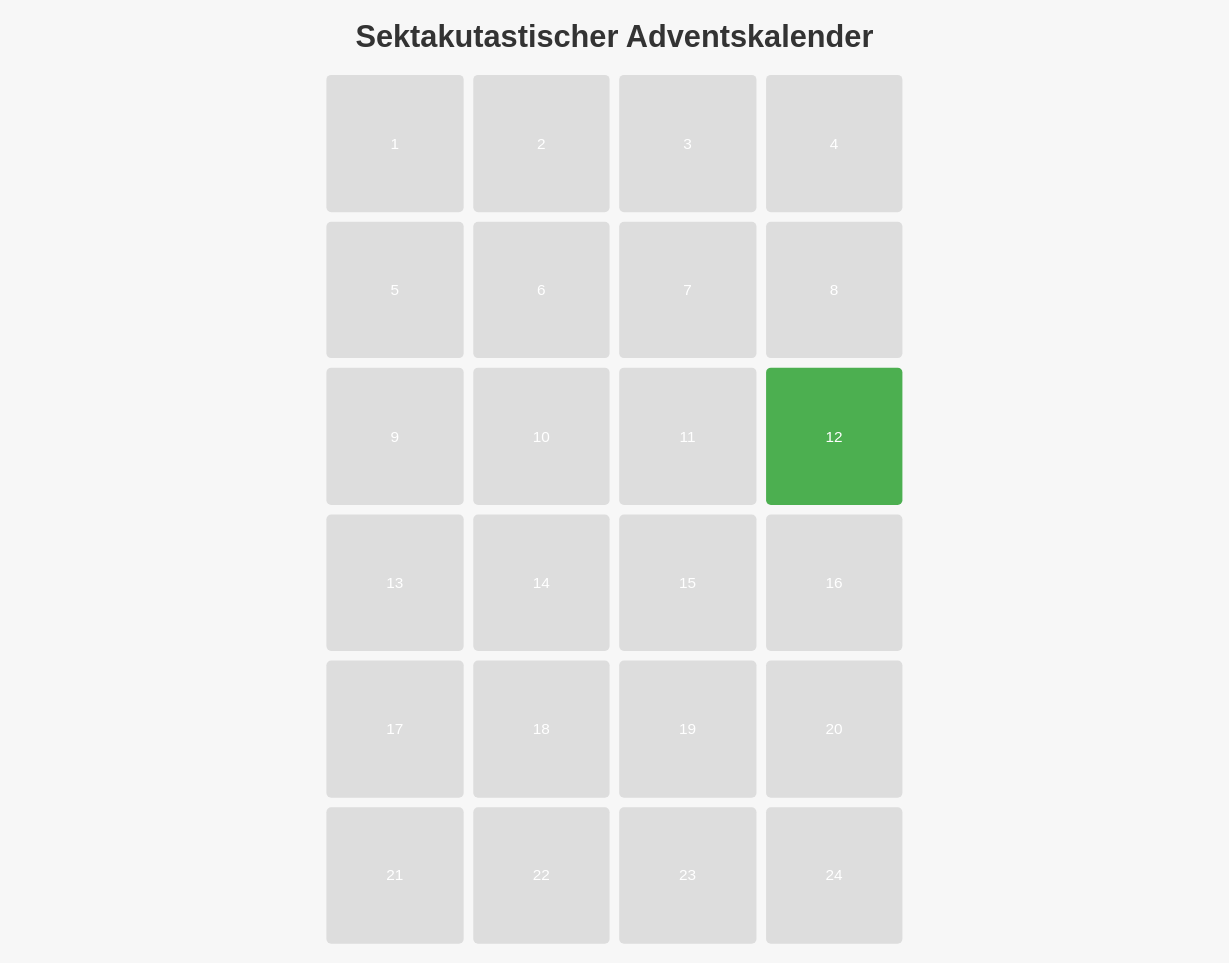
Repository: vickykey02/Adventskalender
Page: index.html
The author's editor kept a copy of each file at every save. The page is drawn from the files as they stood at one save, then again after the next save.
The browser window is 1280 px wide. The pictures show the whole page, at 96% of full size.

Above is the page before, as saved 2024-11-26 21:49:10.

After the next save:
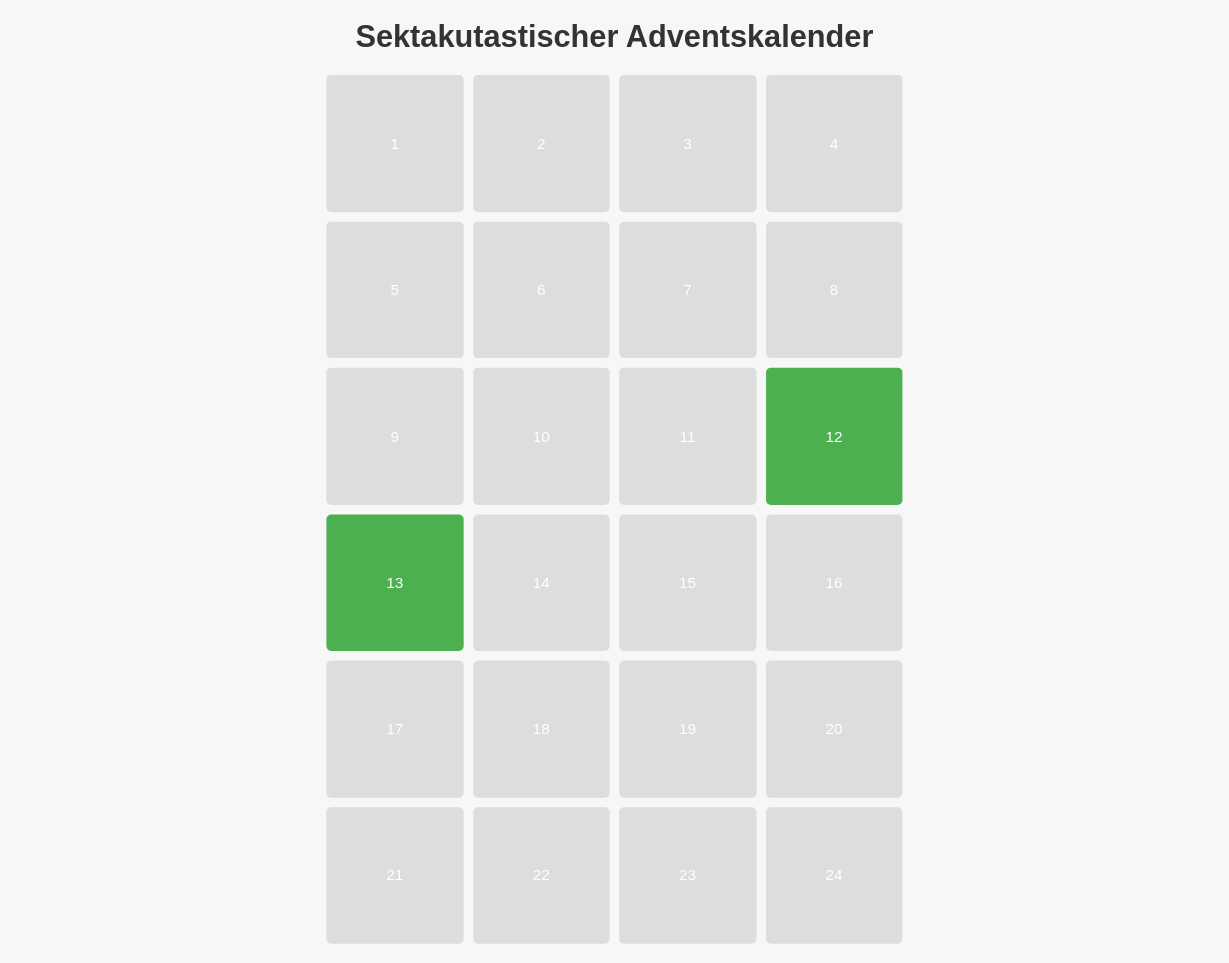
Saved 2 h 14 min later.
--- a/app.js
+++ b/app.js
@@ -5,7 +5,7 @@ const today = new Date().toISOString().split('T')[0]; // Heutiges Datum im Forma
 // Inhalte für die Tage
 const days = {
     "2024-11-12": "Adventskalender/assets/Test.webpp",
-    //"2024-11-27": "path/to/image2.png",
+    "2024-11-13": "Adventskalender/assets/Tag14.png", //"path/to/image2.png",
 };
 
 // Funktion: Türchen anzeigen
